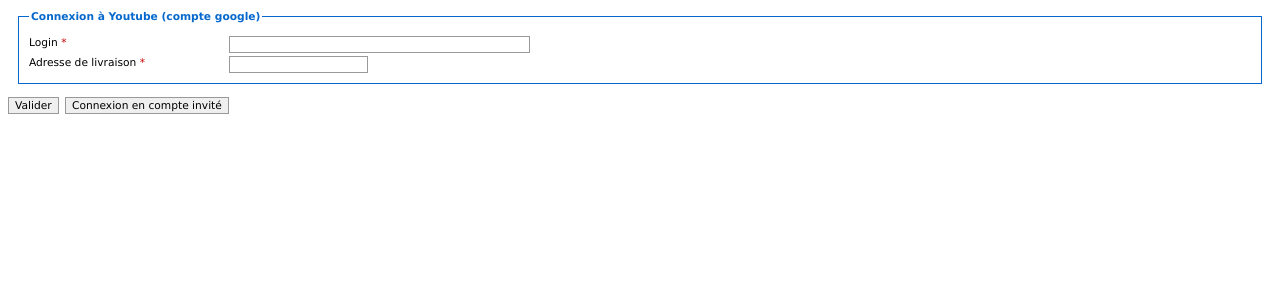
Repository: RomanKeller/Youtunes
Page: http://localhost/Web/main
An editor plug-in stored every save of this project. The page is shown before and after the next save, followed by the edit.
The browser window is 1280 px wide. The pictures show the whole page.
The page is served by Tomcat 9.

Above is the page before, as saved 2014-06-04 15:15:56.

After the next save:
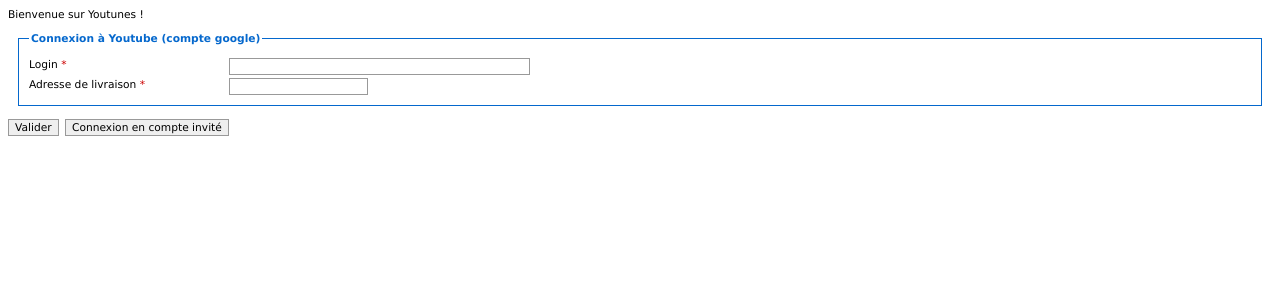
Saved 16 h 6 min later.
--- a/Web/WebContent/WEB-INF/Test.jsp
+++ b/Web/WebContent/WEB-INF/Test.jsp
@@ -5,6 +5,7 @@
  <meta charset="utf-8" />
  <title>Connexion</title>
  <link type="text/css" rel="stylesheet" href="inc/style.css"
+ <p> Bienvenue sur Youtunes ! <p>
  </head>
  <body>
  <div>
